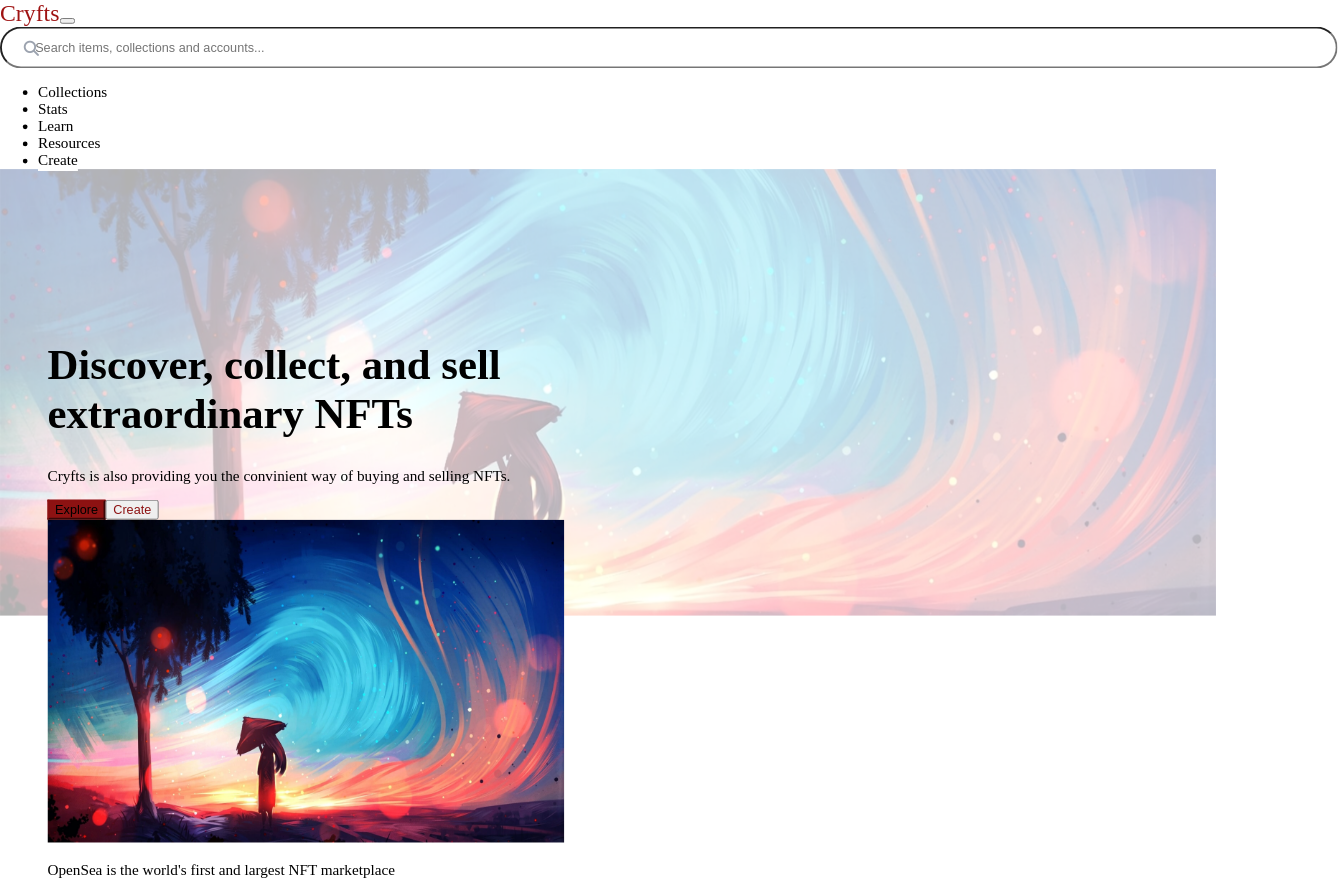
Repository: Huzaifa-2609/opensea_project
Page: /
An editor plug-in stored every save of this project. The page is shown before and after the next save, followed by the edit.
The browser window is 1280 px wide. The page is 1408 px wide, so the pictures cover 1408 px, including what lies to the right of the window. The pictures show the whole page, at 95% of full size.
Some web libraries are served in a nearby version. The project was rebuilt for these pictures with package versions that can differ from the ones it lists, and the page was loaded fresh each time. The framework's server and built-in components were replaced by stand-ins that run in the browser. Also part of the build but not shown: next.config.js, styles/Home.module.css.

Above is the page before, as saved 2022-07-11 21:26:46.

After the next save:
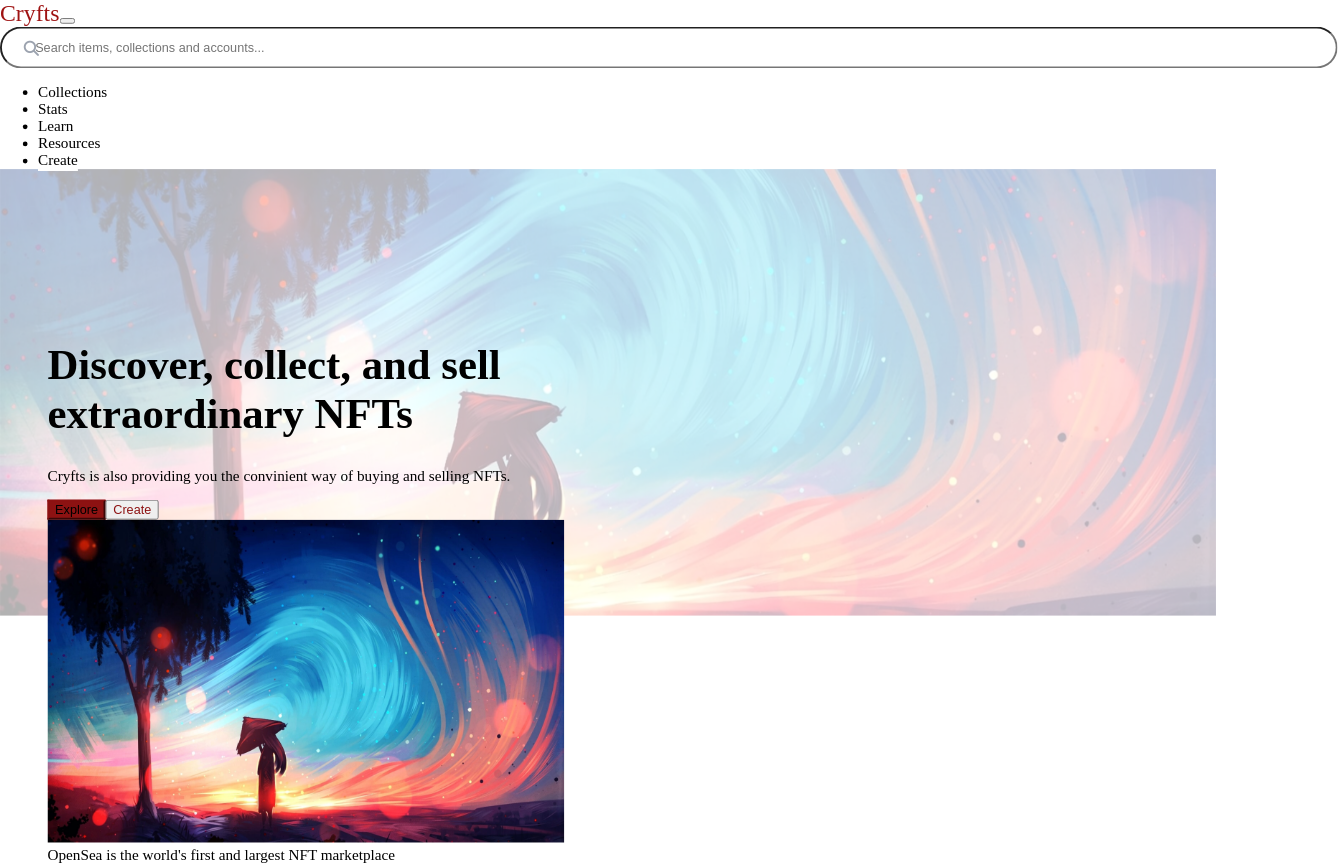
Saved 26 s later.
--- a/components/Hero.js
+++ b/components/Hero.js
@@ -44,9 +44,9 @@ const Hero = () => {
           />
           <div className="card-body">
             {/* <h1 className="card-title">Discover, collect, and sell extraordinary NFTs</h1> */}
-            <p className="card-subtitle text-muted fs-5">
+            <a className="card-subtitle text-muted fs-5">
             OpenSea is the world's first and largest NFT marketplace
-            </p>
+            </a>
           </div>
         </div>
       </div>
